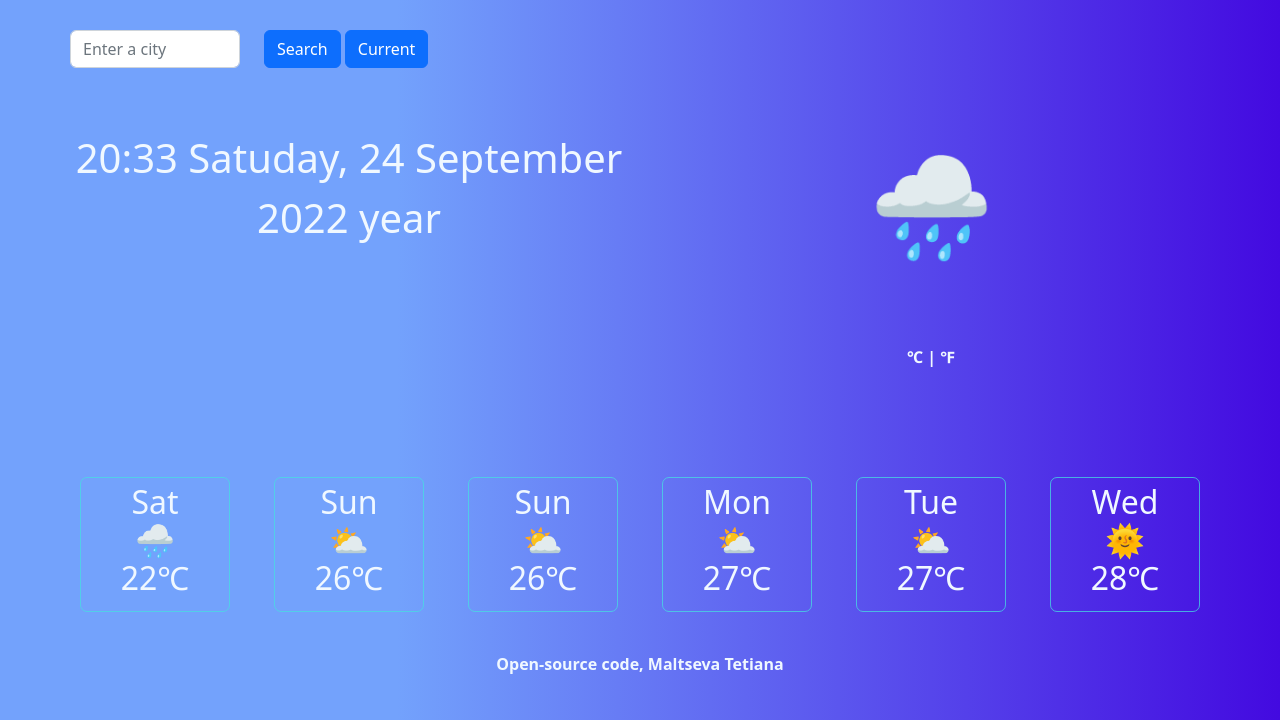
Repository: TetianaMaltseva/weather-maltseva
Page: index.html
The author's editor kept a copy of each file at every save. The page is drawn from the files as they stood at one save, then again after the next save.
The browser window is 1280 px wide. The pictures show the whole page.
The page's requests for data from a server got no answer.

Above is the page before, as saved 2022-10-02 16:47:28.
Console error (its wording comes from the project's code and is left out).

### index.html
<!DOCTYPE html>
<html lang="en">
  <head>
    <meta charset="UTF-8" />
    <meta http-equiv="X-UA-Compatible" content="IE=edge" />
    <meta name="viewport" content="width=device-width, initial-scale=1.0" />
    <script src="https://unpkg.com/axios/dist/axios.min.js"></script>
    <title>Weather</title>
    <link
      href="https://cdn.jsdelivr.net/npm/bootstrap@5.2.0/dist/css/bootstrap.min.css"
      rel="stylesheet"
      integrity="sha384-gH2yIJqKdNHPEq0n4Mqa/HGKIhSkIHeL5AyhkYV8i59U5AR6csBvApHHNl/vI1Bx"
      crossorigin="anonymous"
    />
    <link rel="stylesheet" href="style.css" />
  </head>
  <body>
<section class="header">
    <div class="container">
        <div class="row">
            <div class="col-xl-4">
                <form class="feedback_form" id="form_city">
                    <div class="row">
                        <div class="col-6">
                            <div class="text_city">
                                <input type="text" class="form-control" id="input_city" placeholder="Enter a city"  aria-label="Input group example" aria-describedby="btnGroupAddon">
                             </div>
                        </div>
                        <div class="col-6">
                             <div class="button_city">
                                 <input class="btn btn-primary" type="submit" value="Search">
                                 <button type="button" class="btn btn-primary" id="geolocation">Current</button>
                            </div>
                        </div>
                </div>
                </form>
                <div class="button_geolocation">


               </div>
            </div>
            <div class="col-xl-8"></div>
        </div>
    </div>
</section>
<section class="main">
    <div class="container">
        <div class="row">
            <div class="col-6">
                <div class="weather">
                    <div id="current_town"></div>
                    <div id="current_date"></div>
                </div>
            </div>
            <div class="col-6">
                <div class="current_weather">
                    <div class="emoji" id="emoji">🌧</div>
                    <div class="number" id="num"></div>
                     <span id="temperature" class="temperature"></span>
                     <a href="#"id="sels">℃</a> |
                     <a href="#" id="fahr">℉</a>
                    <p id="description">
                    </p>
                </div>
            </div>
        </div>
    </div>
</section>
<section class="footer">
    <div class="container">
        <div class="row">
            <div class="col-2">
                <div class="sat">
                    <h2>
                      Sat <br />
                      🌧<br />
                      22℃
                    </h2>
                </div>
            </div>
            <div class="col-2">
                <div class="sun">
                    <h2>
                      Sun <br />
                      ⛅ <br />
                      26℃
                    </h2>
                  </div>
            </div>
            <div class="col-2">
                <div class="sun">
                    <h2>
                      Sun <br />
                      ⛅ <br />
                      26℃
                    </h2>
                </div>
            </div>
            <div class="col-2">
                <div class="mon">
                    <h2>
                      Mon <br />
                      ⛅ <br />
                      27℃
                    </h2>
                </div>
            </div>
            <div class="col-2">
                <div class="tue">
                    <h2>
                      Tue <br />
                      ⛅ <br />
                      27℃
                    </h2>
                </div>
            </div>
            <div class="col-2">
                <div class="wed">
                    <h2>
                      Wed <br />
                      🌞 <br />
                      28℃
                    </h2>
                </div>
            </div>
        </div>
    </div>
</section>
<section class="link">
   <div>
    <a href="https://github.com/TetianaMaltseva/weather-maltseva.git">Open-source code,</a>
   Maltseva Tetiana</div>
</section>
    <script src="appw.js" defer></script>
</body>
</html>

### style.css
body{
    background: linear-gradient(90deg, rgb(115, 162, 252) 31%, rgb(67, 10, 224) 100%);
    color: #f0f8ff;
    font-weight: bold;

}
a{
    text-decoration: none;
    color: #f0f8ff;
}
.container{
    padding: 30px 0 30px 0;
}
.weather,.current_weather {
    text-align: center;
}
#current_town,.emoji{
    font-size: 100px;
}
.number,.temperature,.fahrenheit{
    display: inline;
    font-size: 75px;
    font-weight: 200;
}
#current_date{
    font-size: 40px;
    font-weight: 200;
}

.submit {
    border: 1px solid rgba(71, 81, 226, 0.74);
    color: blue;
    transition: all 3ms ease-in-out;
  }
  .submit:hover {
    border: 2px solid blue;
    color: rgb(3, 3, 109);
  }
  .sat,.sun,.mon, .tue,.wed {
    text-align: center;
    padding: 5px;
    margin: 10px;
    border: 1px solid rgba(71, 221, 226, 0.74);
    border-radius: 7px;
  }
  .link{
    text-align: center;
  }

### appw.js
let now = new Date();
let days = [
    'Sunday',
    'Monday',
    'Tuesday',
    'Wednesday',
    'Thursday',
    'Friday',
    'Satuday']
let day = days[now.getUTCDay()];
let date = now.getDate();
let months = [
    'January',
    'February',
    'March',
    'April',
    'May',
    'June',
    'July',
    'August',
    'September',
    'October',
    'November',
    'December']
let month = months[now.getUTCMonth()];
let year = now.getFullYear();
let hours = now.getUTCHours();
let minutes = now.getUTCMinutes();

hours = (hours < 10) ? '0' + hours : hours;
minutes = (minutes < 10) ? '0' + minutes : minutes;

let currentDate = document.querySelector("#current_date");
currentDate.innerHTML = ` ${hours}:${minutes} ${day}, ${date} ${month} ${year} year `; //  пятница, 2 сентября


function showWeather(response){
    //  console.log(response.data);
    temperatureCelsius = response.data.main.temp;

    document.querySelector("#current_town").innerHTML = response.data.name;
    document.querySelector('#temperature').innerHTML = Math.round(response.data.main.temp);
    document.querySelector('#description').innerHTML = response.data.weather[0].description;
  //  document.querySelector('#emoji').setAttributesetAttribute("src", `http://openweathermap.org/img/wn/${response.data.weather[0].icon}@2x.png`);

    getForecast(response.data.coord);
    }
    function getForecast(coordinates) {
      console.log(coordinates);
      let units = 'metric';
      let apiKey = '4edb0a7a27b92eb939536e22c879746a';
      let apiUrl = `https://api.openweathermap.org/data/2.5/onecall?lat=${coordinates.lat}&lon=${coordinates.lon}&appid=${apiKey}&units=${units}`;
      axios.get(apiUrl).then(displayForecast);
  }

    function searchCity(city) {
      let units = "metric";
      let apiKey = '4edb0a7a27b92eb939536e22c879746a';
      let apiUrl = `https://api.openweathermap.org/data/2.5/weather?q=${city}&appid=${apiKey}&units=${units}`;
      axios.get(apiUrl).then(showWeather);
  }
  function showCity(event) {
    event.preventDefault();
    let city = document.querySelector("#input_city").value;
    searchCity(city);
   }

     let form = document.querySelector("#form_city");
     form.addEventListener("submit", showCity);

     searchCity('Berlin');


     // geolocation

  function showLocation(position) {
    let currentLatitude = position.coords.latitude;
    let currentLongitude = position.coords.longitude;
    let units = "metric";
    let apiKey = '4edb0a7a27b92eb939536e22c879746a';
    let apiUrl = `https://api.openweathermap.org/data/2.5/weather?lat=${currentLatitude}&lon=${currentLongitude}&appid=${apiKey}&units=${units}`;
    axios.get(apiUrl).then(showWeather);
  }
  function getCurrentLocation(event) {
      event.preventDefault();
      navigator.geolocation.getCurrentPosition(showLocation);
  }
  let currentLocationButton = document.querySelector('#geolocation');
  currentLocationButton.addEventListener('click', getCurrentLocation);

After the next save:
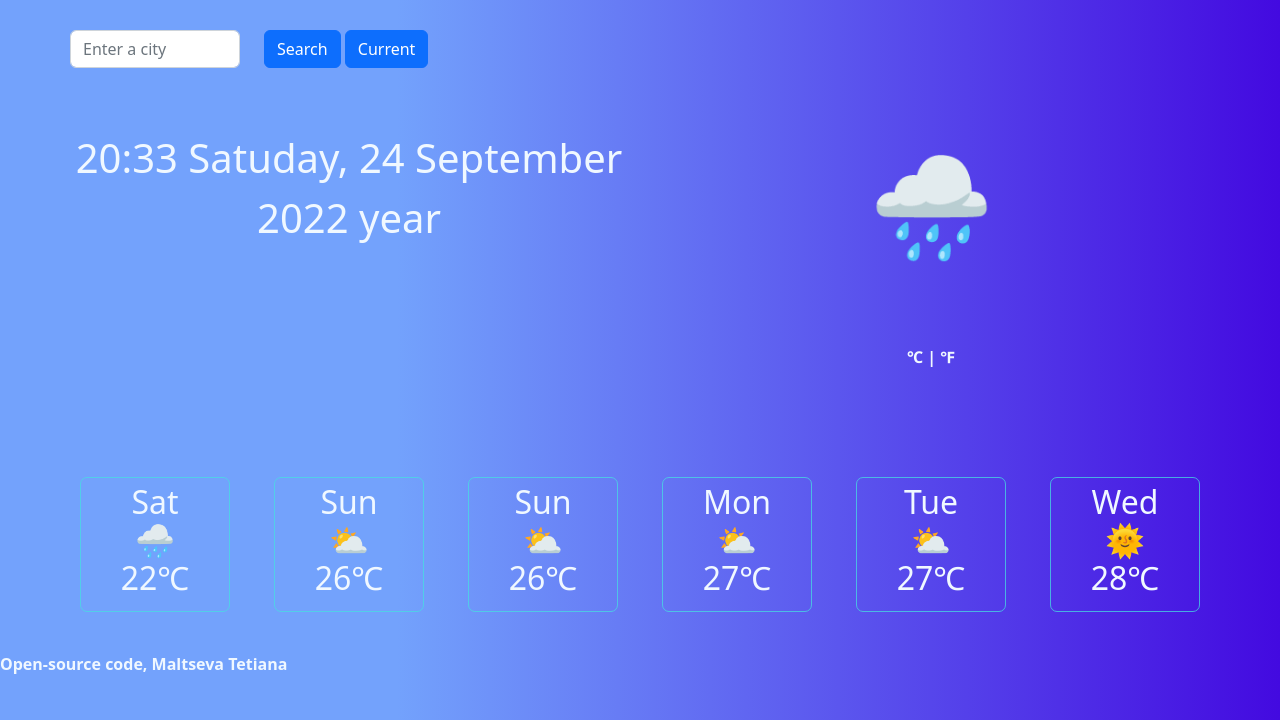
Saved 19 s later.
--- a/style.css
+++ b/style.css
@@ -44,5 +44,5 @@ a{
     border-radius: 7px;
   }
   .link{
-    text-align: center;
+    text-align: left;
   }
